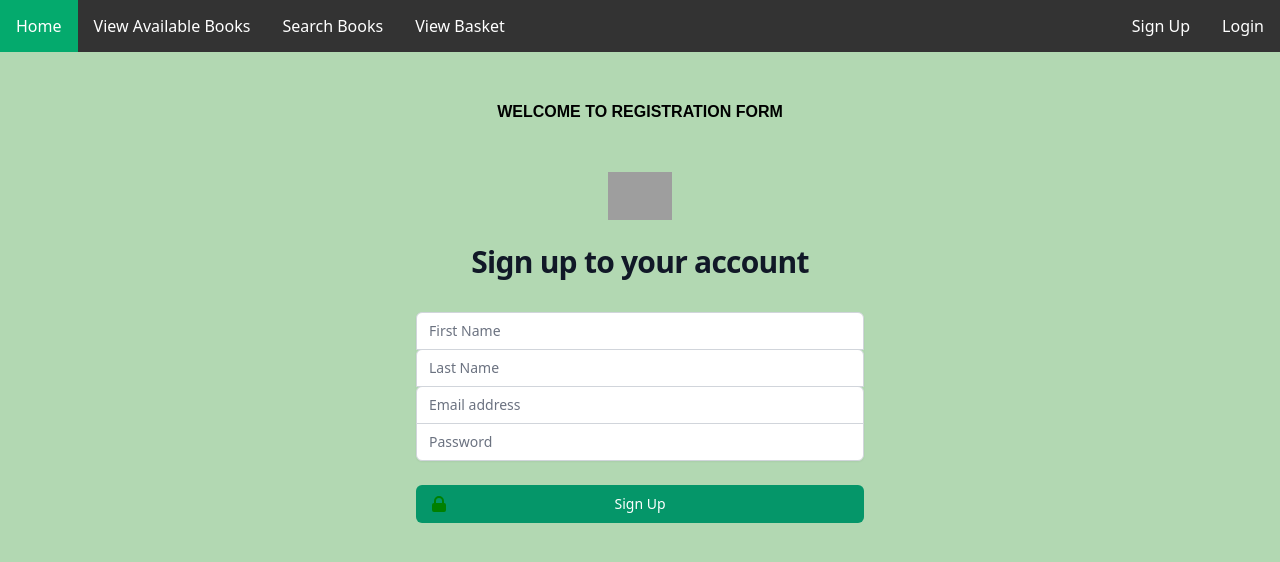
Repository: sach7691/original-book-store
Page: http://localhost/online-book-store-application/
These files come from the project's save history. The page is drawn as it stood at one moment and after the next save; the edit follows.
The browser window is 1280 px wide. The pictures show the whole page.
Pictures or frames that could not be fetched are drawn as grey boxes. The page is served by Tomcat 9.

Above is the page before, as saved 2022-08-25 17:04:55.

After the next save:
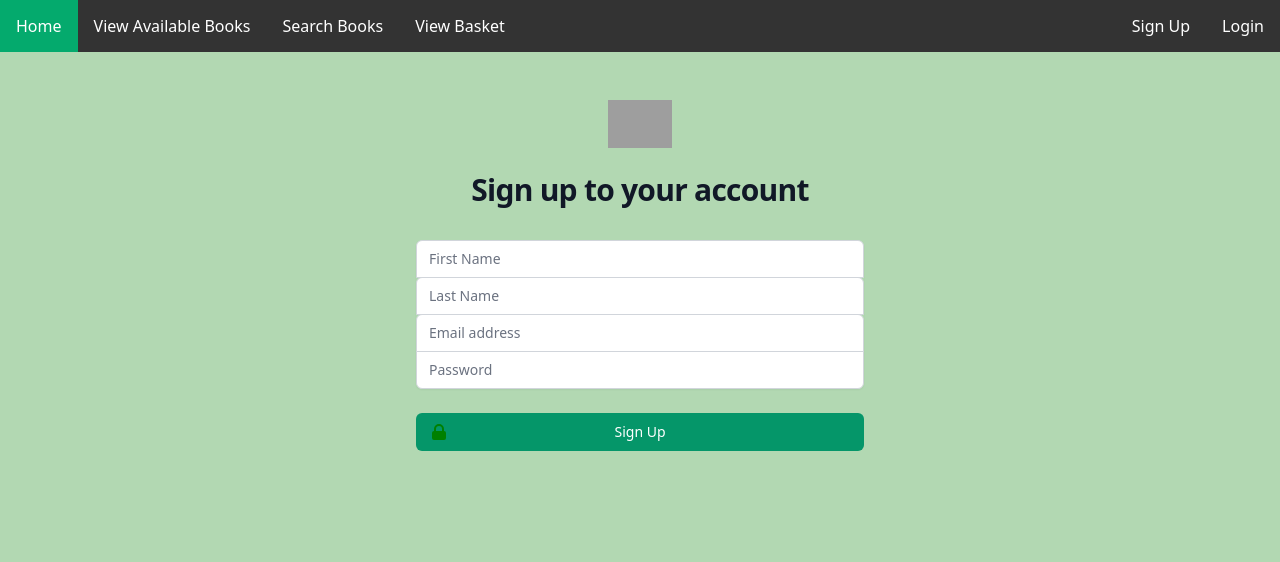
Saved 16 s later.
--- a/online-book-store-application/src/main/webapp/index.jsp
+++ b/online-book-store-application/src/main/webapp/index.jsp
@@ -69,9 +69,6 @@ ul.topnav li.right {float: right;}
   <li class="right"><a href="index.jsp">Sign Up</a></li>
 </ul>
 </div>
-<BR>
-<BR>
-<div><h1><b>WELCOME TO REGISTRATION FORM</b></h1></div>
 
 <!--	<form action="http://localhost:8080/online-book-store-application/CustomerRegistrationServlet" method="POST">
 		<table class ="center" style ="margin-top:200px">
